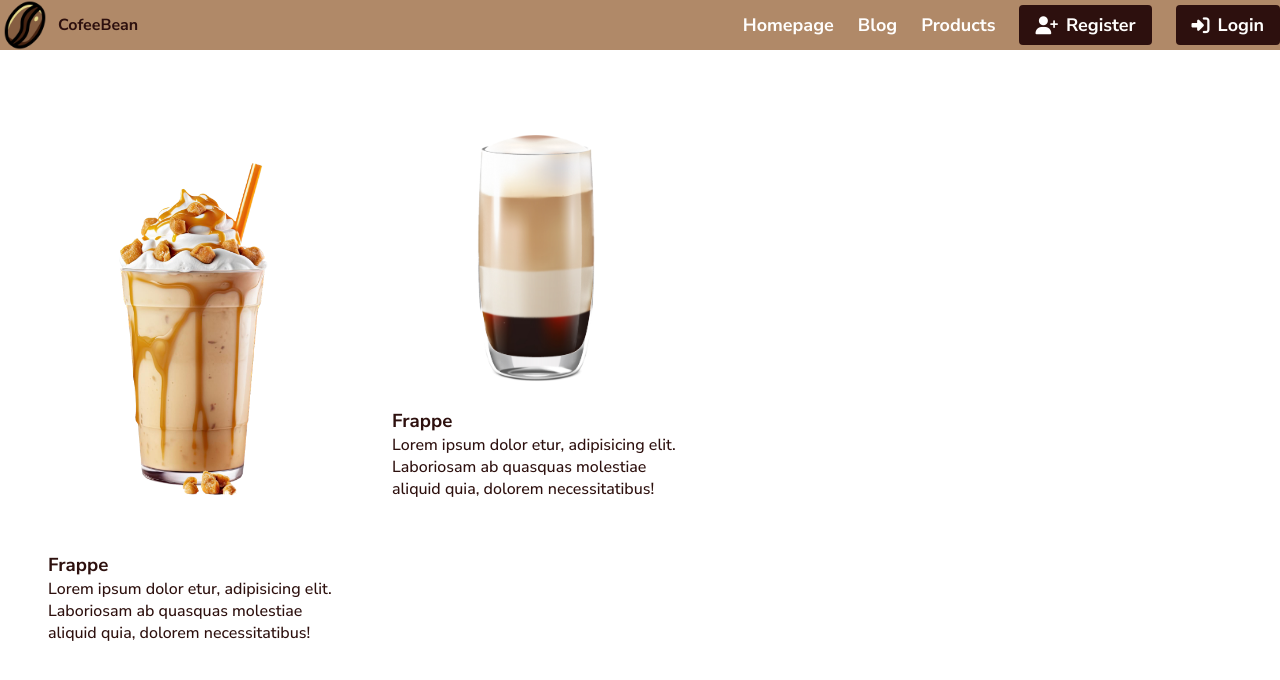
Repository: liviamucioniu/Coffee-Shop-Website
Page: index.html
The author's editor kept a copy of each file at every save. The page is drawn from the files as they stood at one save, then again after the next save.
The browser window is 1280 px wide. The pictures show the whole page.

Above is the page before, as saved 2023-10-22 11:21:19.

After the next save:
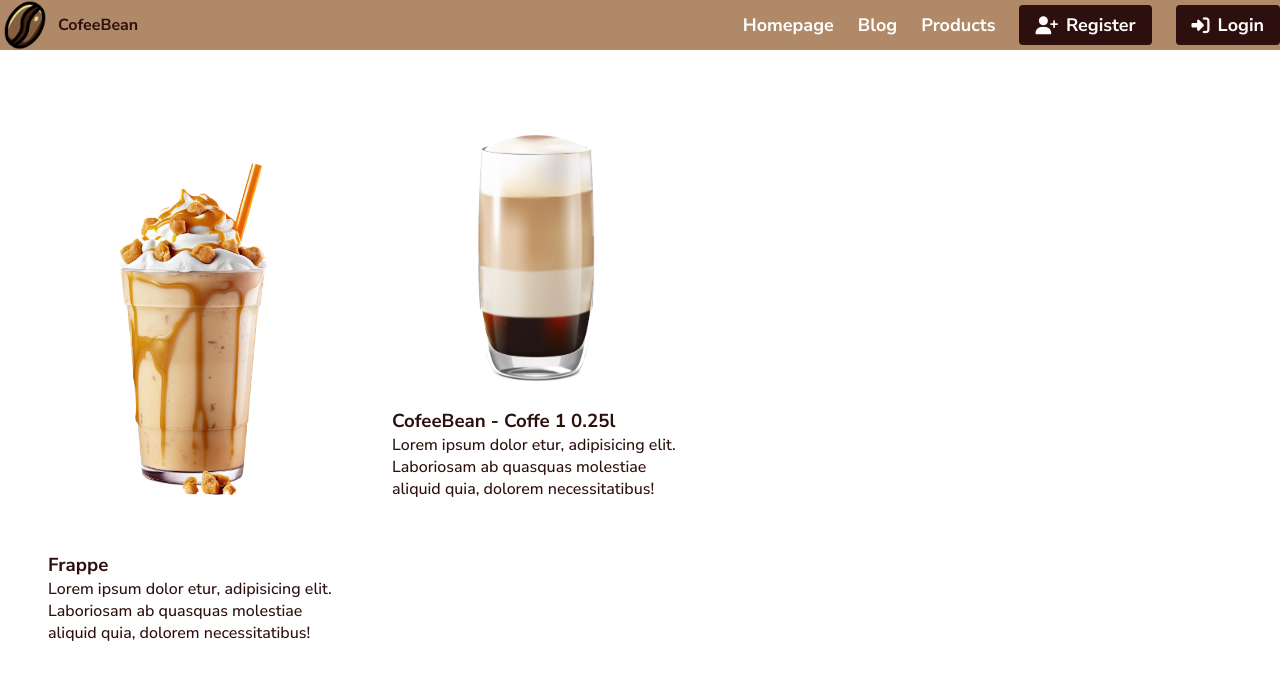
Saved 96 s later.
--- a/index.html
+++ b/index.html
@@ -64,9 +64,9 @@
                 <img
                     class="product-image"
                     src="./assets/images/coffee-1.png"
-                    alt=""
+                    alt="CofeeBean - Coffe 1 0.25l"
                 />
-                <h3 class="product-name">Frappe</h3>
+                <h3 class="product-name">CofeeBean - Coffe 1 0.25l</h3>
                 <p class="product-description">
                     Lorem ipsum dolor etur, adipisicing elit. Laboriosam ab
                     quasquas molestiae aliquid quia, dolorem necessitatibus!
